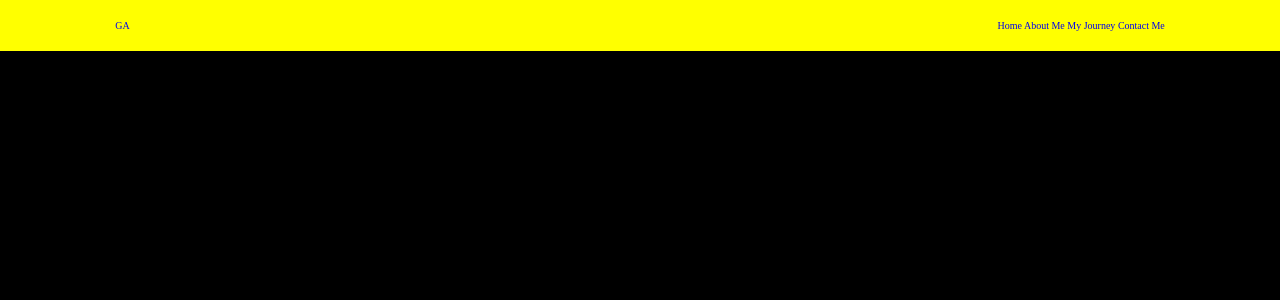
Repository: AyushMahatara/personal-website
Page: New folder/index.html
These files come from the project's save history. The page is drawn as it stood at one moment and after the next save; the edit follows.
The browser window is 1280 px wide. The pictures show the whole page.

Above is the page before, as saved 2023-08-09 23:21:28.

After the next save:
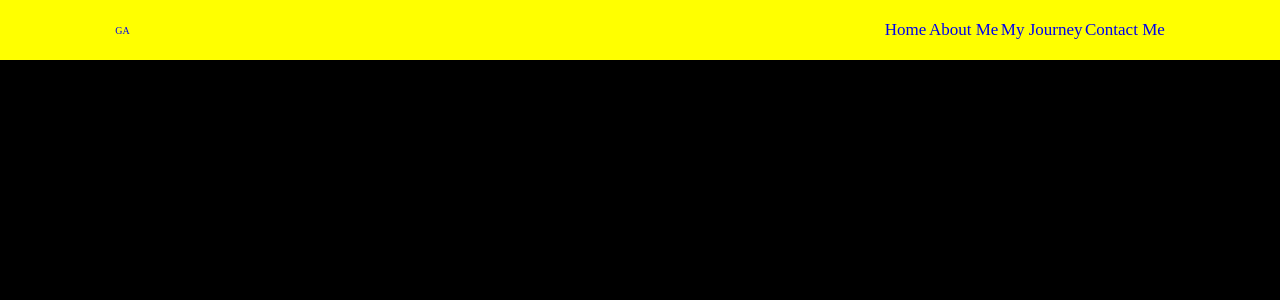
Saved 18 s later.
--- a/New folder/style.css
+++ b/New folder/style.css
@@ -39,3 +39,7 @@ body {
 
 .logo {
 }
+
+.navbar a {
+  font-size: 1.7rem;
+}
